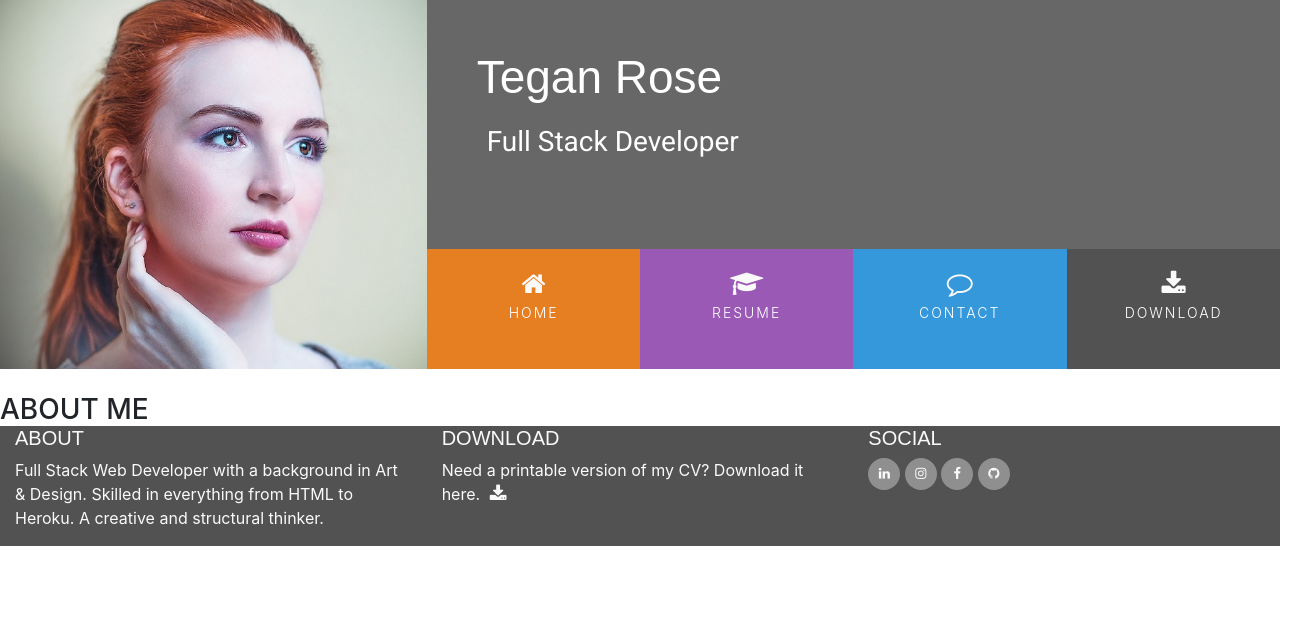
Repository: TSRose/Resume
Page: index.html
The author's editor kept a record of every edit. The page is drawn from the files as they stood at one moment, then again after the next edit.
The browser window is 1280 px wide. The page is 1295 px wide, so the pictures cover 1295 px, including what lies to the right of the window. The pictures show the whole page.

Above is the page before.

### index.html
<!DOCTYPE html>
<html lang="en">

<head>
    <meta charset="UTF-8">
    <meta name="viewport" content="width=device-width, initial-scale=1.0">
    <meta http-equiv="X-UA-Compatible" content="ie=edge">
    <link rel="stylesheet" href="https://stackpath.bootstrapcdn.com/bootstrap/4.3.1/css/bootstrap.min.css" type="text/css" />
    <link rel="stylesheet" href="https://stackpath.bootstrapcdn.com/font-awesome/4.7.0/css/font-awesome.min.css" type="text/css" />
    <link rel="stylesheet" href="assets/css/style.css" type="text/css" />
    <link rel="stylesheet" href="https://cdnjs.cloudflare.com/ajax/libs/hover.css/2.3.1/css/hover-min.css" type="text/css" />
    <title>Tegan Rose</title>
</head>

<body>
    <header>
        <div class="row no-gutters">
            <a href="index.html" class="col-md-4 logo">

            </a>
            <div class="col-md-8">
                <div class="row no-gutters bg-color-name-title">
                    <div class="col">
                        <h1 class="name">Tegan Rose</h1>
                        <h2 class="title"> Full Stack Developer</h2>
                    </div>
                </div>
                <div class="row no-gutters">
                    <div class="col">
                        <ul id="nav" class="list-inline menucontainer">
                            <li class="col-6 col-sm-3 ui-menu-color-home list-inline-item menuitem">
                                <a href="#" class="hvr-sweep-to-bottom"><i class="fa fa-home" aria-hidden="true"></i><span>Home</span></a>
                            </li>
                            <li class="col-6 col-sm-3 ui-menu-color-resume list-inline-item menuitem">
                                <a href="#" class="hvr-sweep-to-bottom"><i class="fa fa-graduation-cap" aria-hidden="true"></i><span>Resume</span></a>
                            </li>
                            <li class="col-6 col-sm-3 ui-menu-color-contact list-inline-item menuitem">
                                <a href="#" class="hvr-sweep-to-bottom"><i class="fa fa-comment-o" aria-hidden="true"></i><span>Contact</span></a>
                            </li>
                            <li class="col-6 col-sm-3 ui-menu-color-download list-inline-item menuitem">
                                <a href="#" class="hvr-sweep-to-bottom"><i class="fa fa-download" aria-hidden="true"></i><span>Download</span></a>
                            </li>
                        </ul>
                    </div>
                </div>
            </div>
        </div>
    </header>
    <sectio class="container-fluid">
        <div class="row row-table">
            <div class="col-md-8 bg-color-three-reasons section-column">
                <div class="row">
                    <div class="col">
                        <h3 class="section-heading uppercase">About Me</h3>
                    </div>
                </div>
            </div>
        </div>

    </section>
    <footer class="container-fluid">
        <div id="footer-details" class="row">
            <div class="col-sm-4">
                <h5 class="uppercase general-sub">About</h5>
                <p class="inline-block">
                    Full Stack Web Developer with a background in Art & Design. Skilled in everything from HTML to Heroku. A creative and structural thinker.
                </p>
            </div>
            <div class="col-sm-4">
                <h5 class="uppercase general-sub">Download</h5>
                <p class="inline-block">
                    Need a printable version of my CV? Download it here.
                    <a href="#" target="_blank" class="cv-pdf">
                        <i class="fa fa-download" aria-hidden="true"></i>
                        <span class="sr-only">Download link.</span>
                    </a>
                </p>
            </div>
            <div class="col-sm-4">
                <h5 class="uppercase general-sub">Social</h5>
                <ul class="list-inline social-links">
                    <li class="list-inline-item">
                        <a target="_blank" href="#">
                        <i class="fa fa-linkedin" aria-hidden="true"></i>
                        <span class="sr-only">LinkedIn</span>
                        </a>
                    </li>
                     <li class="list-inline-item">
                        <a target="_blank" href="#">
                        <i class="fa fa-instagram" aria-hidden="true"></i>
                        <span class="sr-only">Instagram</span>
                        </a>
                    </li>
                    <li class="list-inline-item">
                        <a target="_blank" href="#">
                        <i class="fa fa-facebook" aria-hidden="true"></i>
                        <span class="sr-only">Facebook</span>
                        </a>
                    </li>
                    <li class="list-inline-item">
                        <a target="_blank" href="#">
                        <i class="fa fa-github" aria-hidden="true"></i>
                        <span class="sr-only">GitHub</span>
                        </a>
                    </li>

                </ul>
            </div>
        </div>
    </footer>
</body>

</html>

### assets/css/style.css
@import url('https://fonts.googleapis.com/css?family=Roboto&display=swap:100,200,300,400,500,600,700 | Exo:100,200,300,400,500,600,700');

/*------------------------------------Colours */

.bg-color-name-title {
    background-color: #676767;
}

.ui-menu-color-home {
    background-color: #e67e22;
}

.ui-menu-color-resume {
    background-color: #9b59b6;
}

.ui-menu-color-contact {
    background-color: #3498db;
}

.ui-menu-color-download {
    background-color: #525252;
}

/*------------------------------------Special paddings/margins/text */

h1,
h2,
h3,
h4 {
    margin: 0;
}

.uppercase {
    text-transform: uppercase;
}

.general-sub {
    font-family: "Exo", sans-serif;
    font-weight: 300;
    color: #fafafa;
}

.inline-block {
    display: inline-block;
}

/*------------------------------------Headings */

header {
    margin: 0;
}

.heading {
    margin-left: 50px;
}

.logo {
    background: url("../images/logo.jpg");
    background-position: center;
    background-repeat: no-repeat;
    background-size: cover;
    min-height: 360px;
    transition: all .5s ease-in-out;
    -moz-transition: all .5s ease-in-out;
    -webkit-transition: all .5s ease-in-out;
}

.name {
    font-family: "Exo", sans-serif;
    font-weight: 100;
    font-size: 46px;
    margin-top: 50px;
    margin-left: 50px;
    color: #fff;
}

.title {
    font-family: "Roboto", sans-serif;
    font-weight: 200;
    font-size: 28px;
    margin-top: 20px;
    margin-bottom: 90px;
    margin-left: 60px;
    color: #fff;
}

.list-inline-item:not(:last-child) {
    margin: 0;
}

.menucontainer {
    font-size: 0;
}

#nav {
    margin: 0;
}

#nav li {
    font-size: 14px;
    padding: 0;
}

.menuitem {
    height: 120px;
    text-align: center;
    padding: 0;
}

.menuitem a {
    width: 100%;
    text-decoration: 0;
    color: #fff;
    height: 120px;
}

.menuitem a i {
    padding-top: 22px;
    display: block;
    color: #fafafa;
    font-size: 26px;
}

.menuitem span {
    display: block;
    width: 100%;
    padding-top: 5px;
    text-align: center;
    text-transform: uppercase;
    font-size: 14px;
    font-weight: 300;
    letter-spacing: 2px;
}

/*------------------------------------Hover.css */

.hvr-sweep-to-bottom:before {
    background-color: rgba(0, 0, 0, 0.2) !important;
    height: 120px;
}

/*------------------------------------Footer */

footer {
    background-color: #525252;
    color: #fafafa;
    min-height: 120px;
    margin: 0;
}

.cv-pdf i {
    font-size: 18px;
    color: #fafafa;
    text-align: center;
    padding-left: 5px;
    transition: all 0.35s ease-in-out;
    -moz-transition: all 0.35s ease-in-out;
    -webkit-transition: all 0.35s ease-in-out;
    -o-transition: all 0.35s ease-in-out;
}

.cv-pdf i:hover {
    color: #e84610;
}

.social-links {
    padding-bottom: 15px;
}

.social-links li a i {
    width: 32px;
    height: 32px;
    padding: 12px 0;
    border-radius: 50%;
    font-size: 13px;
    line-height: 7px;
    text-align: center;
    color: #fafafa;
    background: #8f8f8f;
    transition: all 0.35s ease-in-out;
    -moz-transition: all 0.35s ease-in-out;
    -webkit-transition: all 0.35s ease-in-out;
    -o-transition: all 0.35s ease-in-out;
}

After the next edit:
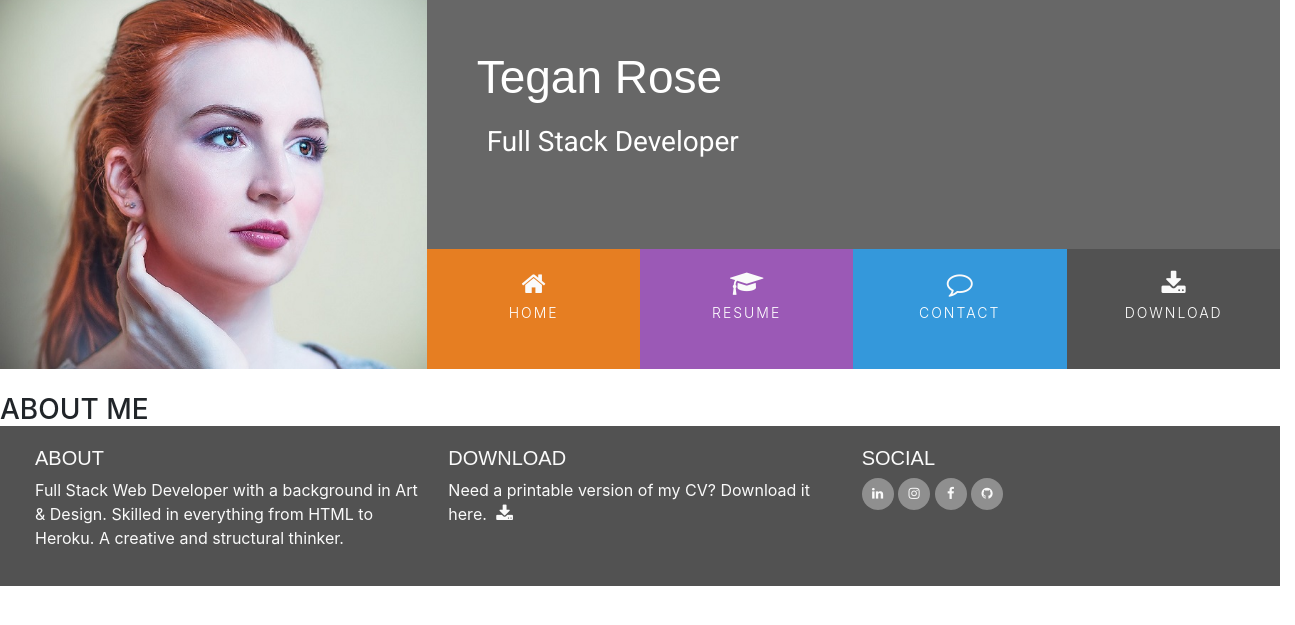
The edit:
--- a/assets/css/style.css
+++ b/assets/css/style.css
@@ -183,3 +183,11 @@
     -webkit-transition: all 0.35s ease-in-out;
     -o-transition: all 0.35s ease-in-out;
 }
+
+.social-links li a i:hover {
+    background: #e84610;
+}
+
+#footer-details {
+    padding: 20px;
+}
